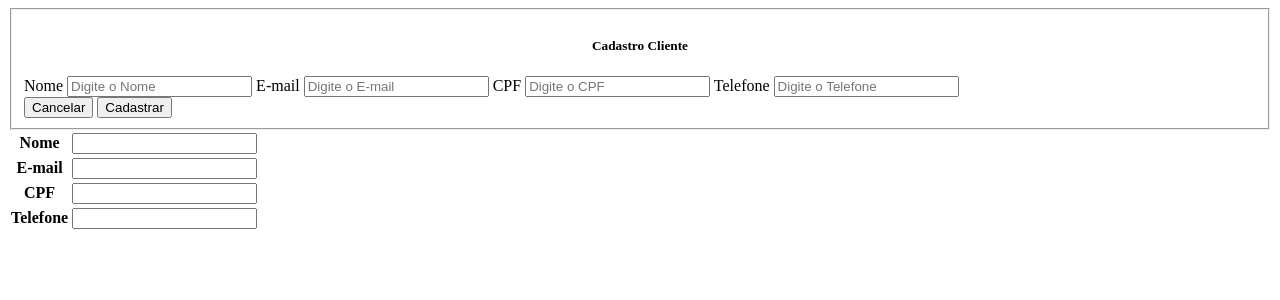
Repository: gabrielfeliphe/AssistenciaTecnica
Page: PI-AssistenciaTecnica/WebContent/pages/recepcao/funcao/cadastro_cliente.html
An editor plug-in stored every save of this project. The page is shown before and after the next save, followed by the edit.
The browser window is 1280 px wide. The pictures show the whole page.

Above is the page before, as saved 2021-11-17 00:53:40.
Console error: ReferenceError: BRIQUETE is not defined

After the next save:
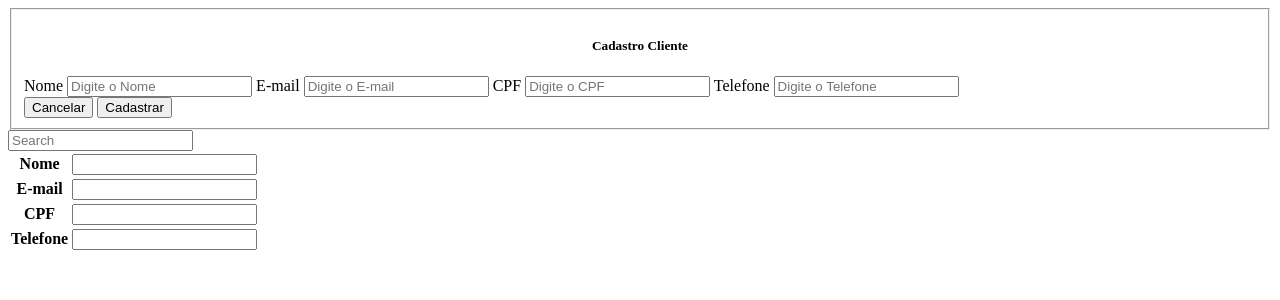
Saved 8 min 33 s later.
--- a/PI-AssistenciaTecnica/WebContent/pages/recepcao/funcao/cadastro_cliente.html
+++ b/PI-AssistenciaTecnica/WebContent/pages/recepcao/funcao/cadastro_cliente.html
@@ -33,6 +33,15 @@
 
 	</div>
 </fieldset>
+
+<div id="procurarClientes">
+<div class="input-group rounded">
+  <input type="search" class="form-control rounded" placeholder="Search" aria-label="Search"
+  aria-describedby="search-addon" />
+  <span class="input-group-text border-0" id="search-addon">
+    <i class="fas fa-search"></i>
+  </span>
+</div></div>
 
 <div id="lista-clientes"> <!-- Usado posteriormente para aparecer a tabela -->
 

After the save that followed:
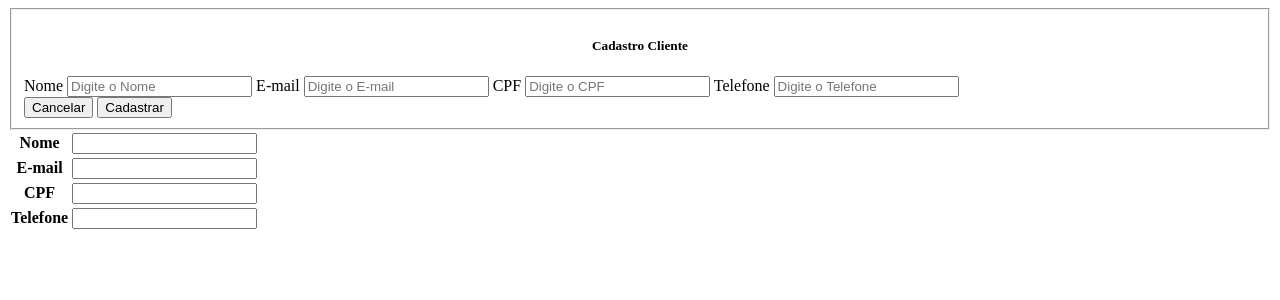
Saved 36 s later.
--- a/PI-AssistenciaTecnica/WebContent/pages/recepcao/funcao/cadastro_cliente.html
+++ b/PI-AssistenciaTecnica/WebContent/pages/recepcao/funcao/cadastro_cliente.html
@@ -35,13 +35,8 @@
 </fieldset>
 
 <div id="procurarClientes">
-<div class="input-group rounded">
-  <input type="search" class="form-control rounded" placeholder="Search" aria-label="Search"
-  aria-describedby="search-addon" />
-  <span class="input-group-text border-0" id="search-addon">
-    <i class="fas fa-search"></i>
-  </span>
-</div></div>
+
+</div>
 
 <div id="lista-clientes"> <!-- Usado posteriormente para aparecer a tabela -->
 
